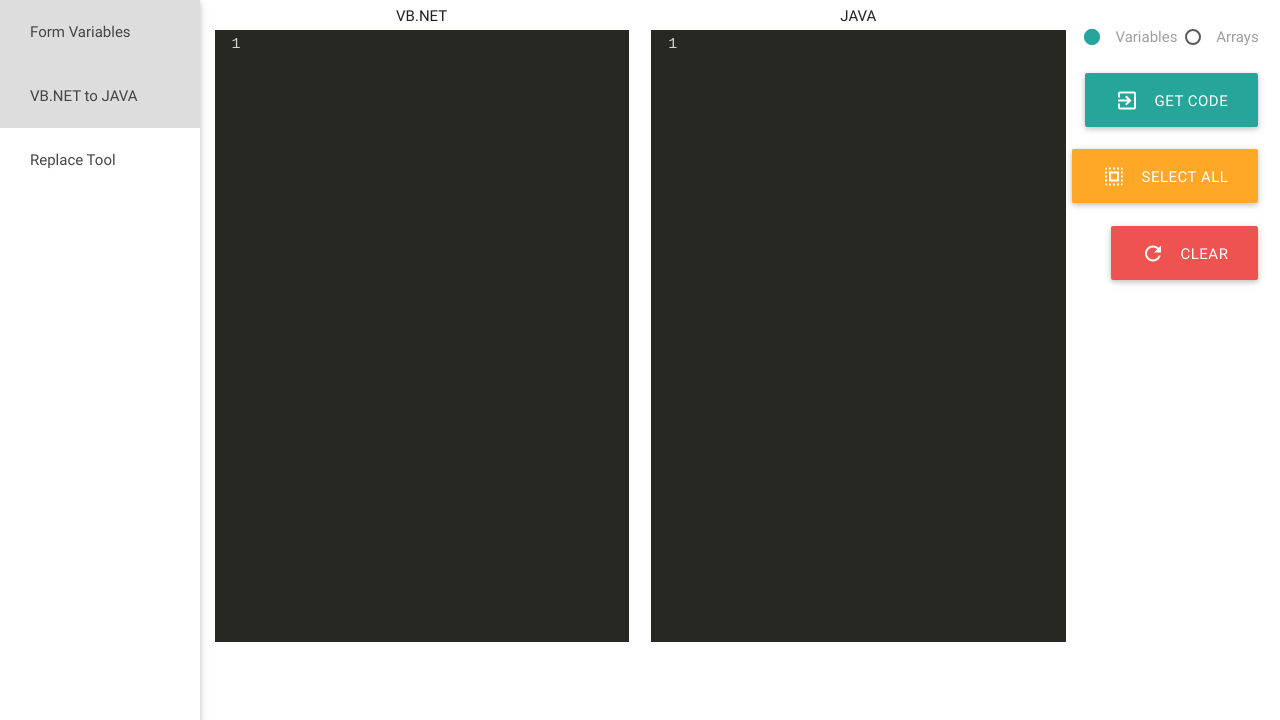
Repository: heyvin/heyvin-tools
Page: http://localhost/tools/convertparams.php
The author's editor kept a record of every edit. The page is drawn from the files as they stood at one moment, then again after the next edit.
The browser window is 1280 px wide. The pictures show the whole page.
The page is run by PHP 8.4 with error messages shown; the project is at /var/www/html/.

Above is the page before.

### tools/convertparams.php
<html>
<head>
	<title>Heyvin's Tools</title>
	<script src="/js/jquery-1.11.2.min.js"></script>
	<link rel="stylesheet" href="/css/materialize.css">
	<!-- CodeMirror Dependencies -->
	<script src="codemirror/lib/codemirror.js"></script>
	<link rel="stylesheet" href="codemirror/lib/codemirror.css">
	<link rel="stylesheet" href="codemirror/theme/monokai.css"></link>
	<script src="codemirror/mode/vb/vb.js"></script>
	<script src="codemirror/mode/clike/clike.js"></script>
	<style>
		.control-wrapper {
			position: relative;
			text-align: right;
			margin-top: 25px;
		}
	</style>
	<script type="text/javascript" src="/js/materialize.js"></script>
	<script type="text/javascript" src="/js/common.js"></script>
</head>
<body>
	<div class="container">
		<header>
			<?php include 'sidebar.php'; ?>
		</header>
		<form id="myForm" method="post">
			<div class="row">
				<div class="col s2 offset-s8 control-wrapper pinned">
					<div class="rdo-container">
						<input type="radio" id="rdoVar" name="rdoButton" checked />
						<label for="rdoVar">Variables</label>
						<input type="radio" id="rdoArr" name="rdoButton" />
						<label for="rdoArr">Arrays</label>
					</div>
					<div class="button-container">
						<br>
						<a href="#" id="btnSubmit" class="waves-effect waves-light btn-large"><i class="mdi-action-exit-to-app left"></i>GET CODE</a>
						<br><br>
						<a href="#" id="btnSelAll" class="waves-effect waves-light btn-large orange lighten-1"><i class="mdi-content-select-all left"></i>SELECT ALL</a>
						<br><br>
						<a href="#" id="btnClear" class="waves-effect waves-light btn-large red lighten-1"><i class="mdi-navigation-refresh left"></i>CLEAR</a>
					</div>
				</div>
				<div class="col s6">
					<div align="center"><h6>VB.NET</h6></div>
					<textarea id="txtVb"></textarea>
				</div>
				<div class="col s6">
					<div align="center"><h6>JAVA</h6></div>
					<textarea id="txtJava"></textarea>
				</div>
			</div>
		</form>
		<script type="text/javascript">
			$(document).ready(function(){

				// CodeMirror
				var cmVb = CodeMirror.fromTextArea(document.getElementById("txtVb"), {
					indentUnit: 4,
					lineWrapping: false,
					lineNumbers: true,
					mode: "vb",
					theme: "monokai"
				});
				cmVb.setSize("100%", "85%");
				var cmJava = CodeMirror.fromTextArea(document.getElementById("txtJava"), {
					indentUnit: 4,
					lineWrapping: false,
					lineNumbers: true,
					mode: "text/x-java",
					readOnly: true,
					theme: "monokai"
				});
				cmJava.setSize("100%", "85%");

				setActive("#convertparams");

				$('.control-wrapper .row').pushpin({ top: $('.control-wrapper').offset().top });

				$("#btnSubmit").click(function() {

					var input = cmVb.getValue();
					var lines = input.split('\n');
					var types = []; // variable type
					var variables = []; // variable name
					var flg_class = []; // whether the variable type is a new class or not

					for(var i = 0; i < lines.length; i++) {

						flg_class[i] = false;
						lines[i] = lines[i].trim();
						if(lines[i][0] == 'P') {

							// search for type declaration in VB, if equivalence's not found, consider it as a new class
							if(lines[i].search("String") != -1) {
								types.push("String");
							} else if(lines[i].search("Long") != -1) {
								types.push("int");
							} else if(lines[i].search("Integer") != -1) {
								types.push("int");
							} else if(lines[i].search("Decimal") != -1) {
								types.push("float");
							} else if(lines[i].search("Boolean") != -1) {
								types.push("boolean");
							} else {
								types.push(lines[i].substring(lines[i].lastIndexOf(" ") + 1));
								flg_class[i] = true;
							}

							// clear head and tail to get variable name only
							lines[i] = lines[i].replace("Public ", "");
							lines[i] = lines[i].slice(0, lines[i].indexOf(" "));

							if(flg_class[i] == false) {

								// if variable type is available in Java
								if(lines[i] == lines[i].toUpperCase()) {

									variables.push(lines[i].toLowerCase());

								} else {

									for(var x = 1; x < lines[i].length; x++) {
										if(lines[i].charAt(x) == lines[i].charAt(x).toUpperCase()) {
											lines[i] = lines[i].slice(0, x) + "_" + lines[i].slice(x);
											x++;
										}
									}
									variables.push(lines[i].toLowerCase());

								}

							} else {

								// if variable type is a new class
								variables.push(lines[i]);

							}

						}

					}

					// concat type + name to create declaration code in Java
					var textToPrint = "";
					for(var i = 0; i < types.length; i++) {
						textToPrint += types[i] + " " + variables[i] + ";" + "\n";
					}
					cmJava.setValue(textToPrint);

				});

				$("#btnClear").click(function() {
					cmVb.setValue("");
					cmJava.setValue("");
				});

				$("#btnSelAll").click(function() {
					cmJava.execCommand("selectAll");
					cmJava.focus();
				});

			});

		</script>
	</div>
</body>
</html>

### tools/sidebar.php
<?php

    echo("

        <ul id='left-nav' class='side-nav fixed' style='width: 200px;'>
        	<li id='formvars' class='bold'>
        		<a href='formvars.php' class='waves-effect waves-teal'>Form Variables</a>
        	</li>
        	<li id='convertparams' class='bold'>
        		<a href='convertparams.php' class='waves-effect waves-teal'>VB.NET to JAVA</a>
        	</li>
        	<li id='replacetool' class='bold'>
        		<a href='replacetool.php' class='waves-effect waves-teal'>Replace Tool</a>
        	</li>
        </ul>

    ");

?>

### tools/codemirror/theme/monokai.css
/* Based on Sublime Text's Monokai theme */

.cm-s-monokai.CodeMirror {background: #272822; color: #f8f8f2;}
.cm-s-monokai div.CodeMirror-selected {background: #49483E !important;}
.cm-s-monokai.CodeMirror ::selection { background: rgba(73, 72, 62, .99); }
.cm-s-monokai.CodeMirror ::-moz-selection { background: rgba(73, 72, 62, .99); }
.cm-s-monokai .CodeMirror-gutters {background: #272822; border-right: 0px;}
.cm-s-monokai .CodeMirror-guttermarker { color: white; }
.cm-s-monokai .CodeMirror-guttermarker-subtle { color: #d0d0d0; }
.cm-s-monokai .CodeMirror-linenumber {color: #d0d0d0;}
.cm-s-monokai .CodeMirror-cursor {border-left: 1px solid #f8f8f0 !important;}

.cm-s-monokai span.cm-comment {color: #75715e;}
.cm-s-monokai span.cm-atom {color: #ae81ff;}
.cm-s-monokai span.cm-number {color: #ae81ff;}

.cm-s-monokai span.cm-property, .cm-s-monokai span.cm-attribute {color: #a6e22e;}
.cm-s-monokai span.cm-keyword {color: #f92672;}
.cm-s-monokai span.cm-string {color: #e6db74;}

.cm-s-monokai span.cm-variable {color: #f8f8f2;}
.cm-s-monokai span.cm-variable-2 {color: #9effff;}
.cm-s-monokai span.cm-variable-3 {color: #66d9ef;}
.cm-s-monokai span.cm-def {color: #fd971f;}
.cm-s-monokai span.cm-bracket {color: #f8f8f2;}
.cm-s-monokai span.cm-tag {color: #f92672;}
.cm-s-monokai span.cm-header {color: #ae81ff;}
.cm-s-monokai span.cm-link {color: #ae81ff;}
.cm-s-monokai span.cm-error {background: #f92672; color: #f8f8f0;}

.cm-s-monokai .CodeMirror-activeline-background {background: #373831 !important;}
.cm-s-monokai .CodeMirror-matchingbracket {
  text-decoration: underline;
  color: white !important;
}

### tools/codemirror/mode/vb/vb.js
// CodeMirror, copyright (c) by Marijn Haverbeke and others
// Distributed under an MIT license: http://codemirror.net/LICENSE

(function(mod) {
  if (typeof exports == "object" && typeof module == "object") // CommonJS
    mod(require("../../lib/codemirror"));
  else if (typeof define == "function" && define.amd) // AMD
    define(["../../lib/codemirror"], mod);
  else // Plain browser env
    mod(CodeMirror);
})(function(CodeMirror) {
"use strict";

CodeMirror.defineMode("vb", function(conf, parserConf) {
    var ERRORCLASS = 'error';

    function wordRegexp(words) {
        return new RegExp("^((" + words.join(")|(") + "))\\b", "i");
    }

    var singleOperators = new RegExp("^[\\+\\-\\*/%&\\\\|\\^~<>!]");
    var singleDelimiters = new RegExp('^[\\(\\)\\[\\]\\{\\}@,:`=;\\.]');
    var doubleOperators = new RegExp("^((==)|(<>)|(<=)|(>=)|(<>)|(<<)|(>>)|(//)|(\\*\\*))");
    var doubleDelimiters = new RegExp("^((\\+=)|(\\-=)|(\\*=)|(%=)|(/=)|(&=)|(\\|=)|(\\^=))");
    var tripleDelimiters = new RegExp("^((//=)|(>>=)|(<<=)|(\\*\\*=))");
    var identifiers = new RegExp("^[_A-Za-z][_A-Za-z0-9]*");

    var openingKeywords = ['class','module', 'sub','enum','select','while','if','function',  'get','set','property', 'try'];
    var middleKeywords = ['else','elseif','case', 'catch'];
    var endKeywords = ['next','loop'];

    var operatorKeywords = ['and', 'or', 'not', 'xor', 'in'];
    var wordOperators = wordRegexp(operatorKeywords);
    var commonKeywords = ['as', 'dim', 'break',  'continue','optional', 'then',  'until',
                          'goto', 'byval','byref','new','handles','property', 'return',
                          'const','private', 'protected', 'friend', 'public', 'shared', 'static', 'true','false'];
    var commontypes = ['integer','string','double','decimal','boolean','short','char', 'float','single'];

    var keywords = wordRegexp(commonKeywords);
    var types = wordRegexp(commontypes);
    var stringPrefixes = '"';

    var opening = wordRegexp(openingKeywords);
    var middle = wordRegexp(middleKeywords);
    var closing = wordRegexp(endKeywords);
    var doubleClosing = wordRegexp(['end']);
    var doOpening = wordRegexp(['do']);

    var indentInfo = null;

    CodeMirror.registerHelper("hintWords", "vb", openingKeywords.concat(middleKeywords).concat(endKeywords)
                                .concat(operatorKeywords).concat(commonKeywords).concat(commontypes));

    function indent(_stream, state) {
      state.currentIndent++;
    }

    function dedent(_stream, state) {
      state.currentIndent--;
    }
    // tokenizers
    function tokenBase(stream, state) {
        if (stream.eatSpace()) {
            return null;
        }

        var ch = stream.peek();

        // Handle Comments
        if (ch === "'") {
            stream.skipToEnd();
            return 'comment';
        }


        // Handle Number Literals
        if (stream.match(/^((&H)|(&O))?[0-9\.a-f]/i, false)) {
            var floatLiteral = false;
            // Floats
            if (stream.match(/^\d*\.\d+F?/i)) { floatLiteral = true; }
            else if (stream.match(/^\d+\.\d*F?/)) { floatLiteral = true; }
            else if (stream.match(/^\.\d+F?/)) { floatLiteral = true; }

            if (floatLiteral) {
                // Float literals may be "imaginary"
                stream.eat(/J/i);
                return 'number';
            }
            // Integers
            var intLiteral = false;
            // Hex
            if (stream.match(/^&H[0-9a-f]+/i)) { intLiteral = true; }
            // Octal
            else if (stream.match(/^&O[0-7]+/i)) { intLiteral = true; }
            // Decimal
            else if (stream.match(/^[1-9]\d*F?/)) {
                // Decimal literals may be "imaginary"
                stream.eat(/J/i);
                // TODO - Can you have imaginary longs?
                intLiteral = true;
            }
            // Zero by itself with no other piece of number.
            else if (stream.match(/^0(?![\dx])/i)) { intLiteral = true; }
            if (intLiteral) {
                // Integer literals may be "long"
                stream.eat(/L/i);
                return 'number';
            }
        }

        // Handle Strings
        if (stream.match(stringPrefixes)) {
            state.tokenize = tokenStringFactory(stream.current());
            return state.tokenize(stream, state);
        }

        // Handle operators and Delimiters
        if (stream.match(tripleDelimiters) || stream.match(doubleDelimiters)) {
            return null;
        }
        if (stream.match(doubleOperators)
            || stream.match(singleOperators)
            || stream.match(wordOperators)) {
            return 'operator';
        }
        if (stream.match(singleDelimiters)) {
            return null;
        }
        if (stream.match(doOpening)) {
            indent(stream,state);
            state.doInCurrentLine = true;
            return 'keyword';
        }
        if (stream.match(opening)) {
            if (! state.doInCurrentLine)
              indent(stream,state);
            else
              state.doInCurrentLine = false;
            return 'keyword';
        }
        if (stream.match(middle)) {
            return 'keyword';
        }

        if (stream.match(doubleClosing)) {
            dedent(stream,state);
            dedent(stream,state);
            return 'keyword';
        }
        if (stream.match(closing)) {
            dedent(stream,state);
            return 'keyword';
        }

        if (stream.match(types)) {
            return 'keyword';
        }

        if (stream.match(keywords)) {
            return 'keyword';
        }

        if (stream.match(identifiers)) {
            return 'variable';
        }

        // Handle non-detected items
        stream.next();
        return ERRORCLASS;
    }

    function tokenStringFactory(delimiter) {
        var singleline = delimiter.length == 1;
        var OUTCLASS = 'string';

        return function(stream, state) {
            while (!stream.eol()) {
                stream.eatWhile(/[^'"]/);
                if (stream.match(delimiter)) {
                    state.tokenize = tokenBase;
                    return OUTCLASS;
                } else {
                    stream.eat(/['"]/);
                }
            }
            if (singleline) {
                if (parserConf.singleLineStringErrors) {
                    return ERRORCLASS;
                } else {
                    state.tokenize = tokenBase;
                }
            }
            return OUTCLASS;
        };
    }


    function tokenLexer(stream, state) {
        var style = state.tokenize(stream, state);
        var current = stream.current();

        // Handle '.' connected identifiers
        if (current === '.') {
            style = state.tokenize(stream, state);
            current = stream.current();
            if (style === 'variable') {
                return 'variable';
            } else {
                return ERRORCLASS;
            }
        }


        var delimiter_index = '[({'.indexOf(current);
        if (delimiter_index !== -1) {
            indent(stream, state );
        }
        if (indentInfo === 'dedent') {
            if (dedent(stream, state)) {
                return ERRORCLASS;
            }
        }
        delimiter_index = '])}'.indexOf(current);
        if (delimiter_index !== -1) {
            if (dedent(stream, state)) {
                return ERRORCLASS;
            }
        }

        return style;
    }

    var external = {
        electricChars:"dDpPtTfFeE ",
        startState: function() {
            return {
              tokenize: tokenBase,
              lastToken: null,
              currentIndent: 0,
              nextLineIndent: 0,
              doInCurrentLine: false


          };
        },

        token: function(stream, state) {
            if (stream.sol()) {
              state.currentIndent += state.nextLineIndent;
              state.nextLineIndent = 0;
              state.doInCurrentLine = 0;
            }
            var style = tokenLexer(stream, state);

            state.lastToken = {style:style, content: stream.current()};



            return style;
        },

        indent: function(state, textAfter) {
            var trueText = textAfter.replace(/^\s+|\s+$/g, '') ;
            if (trueText.match(closing) || trueText.match(doubleClosing) || trueText.match(middle)) return conf.indentUnit*(state.currentIndent-1);
            if(state.currentIndent < 0) return 0;
            return state.currentIndent * conf.indentUnit;
        }

    };
    return external;
});

CodeMirror.defineMIME("text/x-vb", "vb");

});

### js/common.js
function setActive(id) {

	$(id).addClass("active");

}

Loaded but not shown: js/jquery-1.11.2.min.js (library); css/materialize.css (library); tools/codemirror/lib/codemirror.js (library); tools/codemirror/lib/codemirror.css (library); js/materialize.js (library); tools/codemirror/mode/clike/clike.js (556 lines, source omitted)

After the next edit:
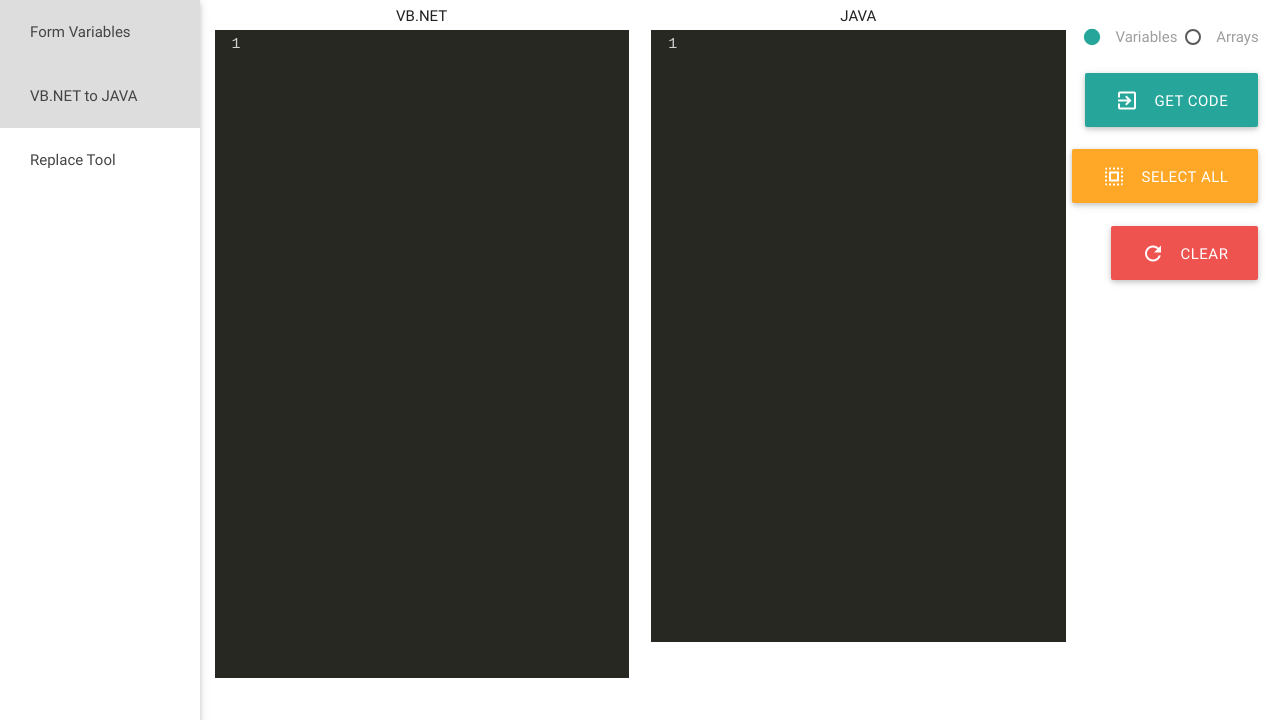
The edit:
--- a/tools/convertparams.php
+++ b/tools/convertparams.php
@@ -63,7 +63,7 @@
 					mode: "vb",
 					theme: "monokai"
 				});
-				cmVb.setSize("100%", "85%");
+				cmVb.setSize("100%", "90%");
 				var cmJava = CodeMirror.fromTextArea(document.getElementById("txtJava"), {
 					indentUnit: 4,
 					lineWrapping: false,
